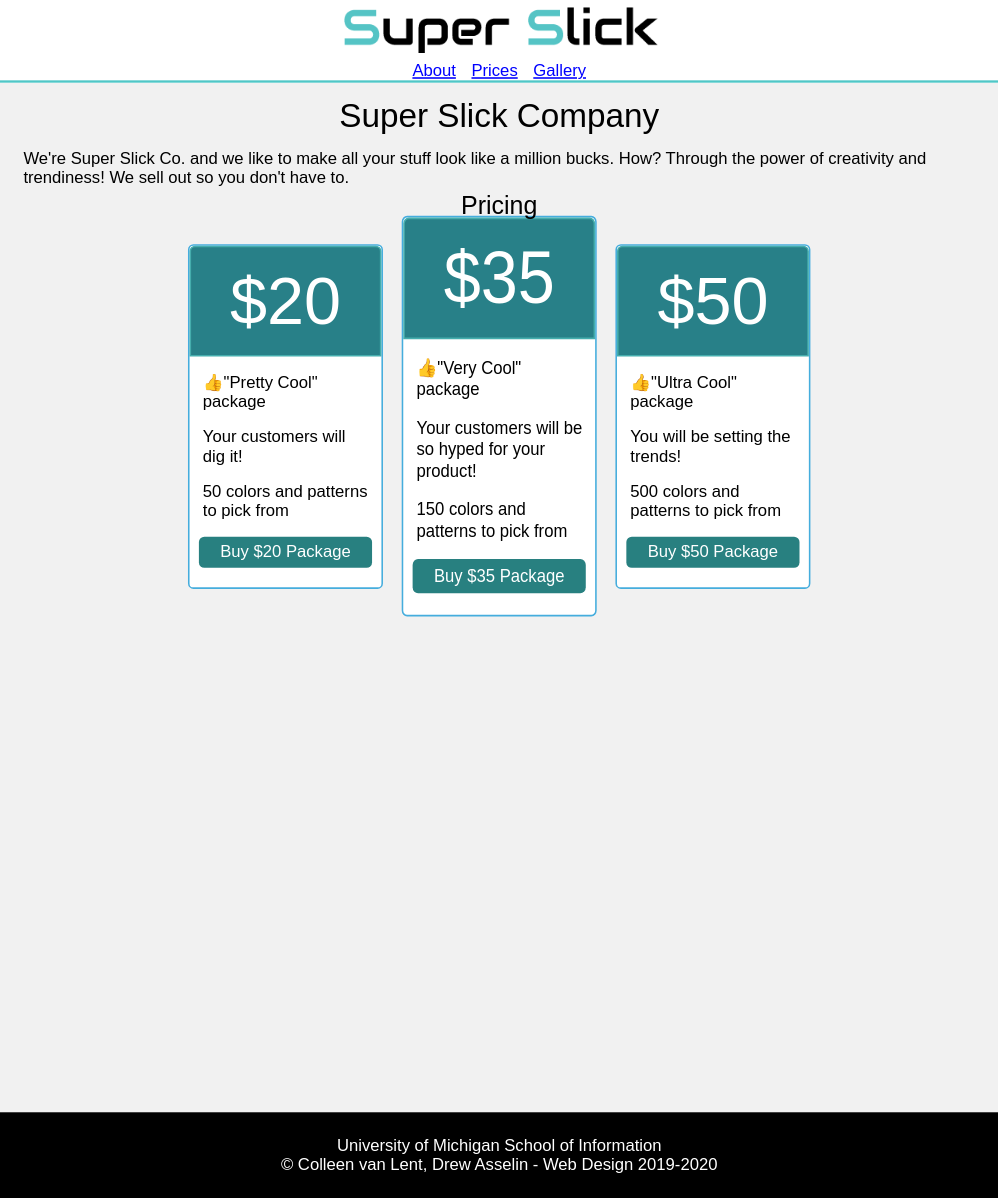
Repository: jiaqili0803/SI_539
Page: hw6-2021-main/homework.html
These files come from the project's save history. The page is drawn as it stood at one moment and after the next save; the edit follows.
The browser window is 1280 px wide. The pictures show the whole page, at 78% of full size.
Some web fonts or font styles are not loaded; a fallback is used.

Above is the page before, as saved 2021-10-29 13:45:38.

### hw6-2021-main/homework.html
<!DOCTYPE html>
<html lang="en">
  <head>
    <meta charset="utf-8">
    <meta name="viewport" content="width=device-width, initial-scale=1.0">
    <link rel="stylesheet" type="text/css" href="css/html5reset.css">
    <link rel="stylesheet" type="text/css" href="css/starter.css">
    <link rel="stylesheet" type="text/css" href="css/style.css">
    <link href='https://fonts.googleapis.com/css?family=Alegreya Sans SC' rel='stylesheet'>
    <link rel="shortcut icon" href="images/logo_icon.png" type="image/png">

   <title>Super Slick Company</title>
  </head>
  <body>
    <a class = "skip" href='#about'>Skip to Main Content</a>
    <header>
      <img src="images/logo.png" alt="" id = "logo">
      <nav>
        <ul class="nav_links">
          <li class="nav_item"><a href="#about">About</a></li>
          <li class="nav_item"><a href="#pricing">Prices</a></li>
          <li class="nav_item"><a href="#gallery">Gallery</a></li>
        </ul>
      </nav>
    </header>
  <main class="about" id="skip">
    <h1>Super Slick Company</h1>

    <p>We're Super Slick Co. and we like to make all your stuff look like a million bucks. How? Through the power of creativity and trendiness! We sell out so you don't have to.</p>

    <h2 id = "pricing">Pricing</h2>
      <div class="pricing">
        <div class="card">
          <header><h3>$20</h3></header>
          <ul>
            <li>"Pretty Cool" package</li>
            <li>Your customers will dig it!</li>
            <li>50 colors and patterns to pick from</li>
          </ul>
          <button>Buy $20 Package</button>
        </div>
        <div class="card card_big">
          <header><h3>$35</h3></header>
          <ul>
            <li>"Very Cool" package</li>
            <li>Your customers will be so hyped for your product!</li>
            <li>150 colors and patterns to pick from</li>
          </ul>
          <button>Buy $35 Package</button>
        </div>
        <div class="card">
          <header><h3>$50</h3></header>
          <ul>
            <li>"Ultra Cool" package</li>
            <li>You will be setting the trends!</li>
            <li>500 colors and patterns to pick from</li>
          </ul>
          <button>Buy $50 Package</button>
        </div>
      </div>

      <h2 id = "gallery">Gallery</h2>
        <div class="gallery">
          <img id="image1" src="images/sample.jpg" alt="" />
          <img id="image2" src="images/sample.jpg" alt="" />
          <img id="image3" src="images/sample.jpg" alt="" />
          <img id="image4" src="images/sample.jpg" alt="" />
          <img id="image5" src="images/sample.jpg" alt="" />
        </div>
    </main>

    <footer>
      <p>University of Michigan School of Information <br/>
        &copy; Colleen van Lent, Drew Asselin - Web Design 2019-2020</p>
    </footer>
  </body>
</html>

### hw6-2021-main/css/html5reset.css
/*
    HTML5 Reset :: style.css
    ----------------------------------------------------------
    We have learned much from/been inspired by/taken code where offered from:
    Eric Meyer                  :: http://meyerweb.com
    HTML5 Doctor                :: http://html5doctor.com
    and the HTML5 Boilerplate   :: http://html5boilerplate.com
-------------------------------------------------------------------------------*/

/* Let's default this puppy out
-------------------------------------------------------------------------------*/

html, body, body div, span, object, iframe, h1, h2, h3, h4, h5, h6, p, blockquote, pre, abbr, address, cite, code, del, dfn, em, img, ins, kbd, q, samp, small, strong, sub, sup, var, b, i, dl, dt, dd, ol, ul, li, fieldset, form, label, legend, table, caption, tbody, tfoot, thead, tr, th, td, article, aside, figure, footer, header, menu, nav, section, time, mark, audio, video, details, summary {
    margin: 0;
    padding: 0;
    border: 0;
    font-size: 100%;
    font-weight: normal;
    vertical-align: baseline;
    background: transparent;
}

main, article, aside, figure, footer, header, nav, section, details, summary {display: block;}

/* Handle box-sizing while better addressing child elements:
   http://css-tricks.com/inheriting-box-sizing-probably-slightly-better-best-practice/ */
html {
    box-sizing: border-box;
}

*,
*:before,
*:after {
    box-sizing: inherit;
}

/* consider resetting the default cursor: https://gist.github.com/murtaugh/5247154 */

/* Responsive images and other embedded objects */
/* if you don't have full control over `img` tags (if you have to overcome attributes), consider adding height: auto */
img,
object,
embed {max-width: 100%;}

/*
   Note: keeping IMG here will cause problems if you're using foreground images as sprites.
    In fact, it *will* cause problems with Google Maps' controls at small size.
    If this is the case for you, try uncommenting the following:
#map img {
        max-width: none;
}
*/

/* force a vertical scrollbar to prevent a jumpy page */
html {overflow-y: scroll;}

/* we use a lot of ULs that aren't bulleted.
    you'll have to restore the bullets within content,
    which is fine because they're probably customized anyway */
ul {list-style: none;}

blockquote, q {quotes: none;}

blockquote:before,
blockquote:after,
q:before,
q:after {content: ''; content: none;}

a {margin: 0; padding: 0; font-size: 100%; vertical-align: baseline; background: transparent;}

del {text-decoration: line-through;}

abbr[title], dfn[title] {border-bottom: 1px dotted #000; cursor: help;}

/* tables still need cellspacing="0" in the markup */
table {border-collapse: separate; border-spacing: 0;}
th {font-weight: bold; vertical-align: bottom;}
td {font-weight: normal; vertical-align: top;}

hr {display: block; height: 1px; border: 0; border-top: 1px solid #ccc; margin: 1em 0; padding: 0;}

input, select {vertical-align: middle;}

pre {
    white-space: pre; /* CSS2 */
    white-space: pre-wrap; /* CSS 2.1 */
    white-space: pre-line; /* CSS 3 (and 2.1 as well, actually) */
    word-wrap: break-word; /* IE */
}

input[type="radio"] {vertical-align: text-bottom;}
input[type="checkbox"] {vertical-align: bottom;}
.ie7 input[type="checkbox"] {vertical-align: baseline;}
.ie6 input {vertical-align: text-bottom;}

select, input, textarea {font: 99% sans-serif;}

table {font-size: inherit; font: 100%;}

small {font-size: 85%;}

strong {font-weight: bold;}

td, td img {vertical-align: top;}

/* Make sure sup and sub don't mess with your line-heights http://gist.github.com/413930 */
sub, sup {font-size: 75%; line-height: 0; position: relative;}
sup {top: -0.5em;}
sub {bottom: -0.25em;}

/* standardize any monospaced elements */
pre, code, kbd, samp {font-family: monospace, sans-serif;}

/* hand cursor on clickable elements */
.clickable,
label,
input[type=button],
input[type=submit],
input[type=file],
button {cursor: pointer;}

/* Webkit browsers add a 2px margin outside the chrome of form elements */
button, input, select, textarea {margin: 0;}

/* make buttons play nice in IE */
button,
input[type=button] {width: auto; overflow: visible;}

/* scale images in IE7 more attractively */
.ie7 img {-ms-interpolation-mode: bicubic;}

/* prevent BG image flicker upon hover
   (commented out as usage is rare, and the filter syntax messes with some pre-processors)
.ie6 html {filter: expression(document.execCommand("BackgroundImageCache", false, true));}
*/

/* let's clear some floats */
.clearfix:after { content: " "; display: block; clear: both; }

### hw6-2021-main/css/starter.css
body{
    margin: 0;
    padding: 0;
    font-size: 16pt; /* test for this! Make all sizes em or rem */
  }

  header{
    background: #fff;
    border-bottom: 3px solid #50C7C7;
  }

  h1{
    font-size: 2em;
    text-align: center;
    line-height: 2;
  }

  h2{
    font-size: 1.5em;
    text-align: center;
    padding: 5px;
  }

  p {
    padding: 0 30px;
  }

  a.skip{
    background: white;
    left: 0;
    padding: 6px;
    position: absolute;
    top: -40px;
    -webkit-transition: top 1s ease-out;
    transition: top 1s ease-out;
    z-index: 1;
  }

  a.skip:focus{
    top:20px;
    color: black;
    text-decoration-style: solid;
  }

  *:focus{
    border: 2px solid black;
  }


  .nav_item a{
    padding: 10px;
  }

  .nav_item a:hover, a:focus{
    color: #50C7C7;
    text-decoration: underline;
    -webkit-text-decoration-style: dotted;
            text-decoration-style: dotted;
  }

  .pricing{
    min-height: 475px;
  }

  .card {
    margin: 12px;
    background: #fff;
    border-radius: 7px;
    padding: 0 0 25px 0;

  }

  .card > ul{
    list-style: none;
    padding-left: 5px;
  }

  .card > ul li {
    width: 90%;
    margin: 20px auto;

  }

.card button{
    width: 90%;
    height: 40px;
    border: 0;
    margin-left: 5%;
    border-radius: 7px;
    background: #288080;
    color: white;
    font-size: 1em;
  }

  .card h3{
    font-size: 4em;
    color: white;
    text-align: center;
  }

  .card_big{
    -webkit-transform: initial;
            transform: initial;
  }

  .gallery{
    min-height: 600px;
  }

  footer{
    background-color: black;
    color: white;
    padding: 30px;
    text-align: center;
  }

  @media screen and (min-width: 850px){
    .card_big{
        -webkit-transform: scaleY(1.1);
        transform: scaleY(1.1);
        z-index: -99;
  }
}

### hw6-2021-main/css/style.css
body{
    font-family: 'Alegreya Sans SC', Sans-Serif;
    background-image: url("../images/concrete_seamless.png");
    background-color: #f1f1f1;

  }

header{
    display: flex;
    flex-direction: column;
    justify-content: center;
    align-items: center;

}

a:link, a:visited {
    color: blue;
}


.nav_links{
    display: flex;
    flex-direction: column;

}

#pricing{
    display: flex;
    flex-direction: column;
    justify-content: center;
    align-items: center;



}

.pricing{
    display: flex;
    /* flex-direction: column; */
    justify-content: center;
    align-items: center;
    flex-wrap: wrap;




}

.card{
    flex-basis: 450px;
}



.card header{
    background-color: #288088;
    border: 2px solid #45ADAD;
    padding-top: 20px;
    padding-bottom: 20px;
    border-top-left-radius: 7px;
    border-top-right-radius: 7px;

}

.gallery img{
    border: 10px solid #50C7C7;
    margin: 10px;
    width: 300px;


}

.gallery{
    display: flex;
    /* flex-direction: column; */
    justify-content: center;
    align-items: center;
    align-content: center;
    flex-wrap: wrap;

}

#logo{
    animation-name: slidein;
    animation-duration: 5s;
    animation-iteration-count: 1;

}


@keyframes slidein {
from {

    width: 50px;
    opacity: 0;
}

to {

    width: 425px;
    opacity: 1;
}
}


@media screen and (min-width: 850px){
    body > header{
        display: flex;
        flex-direction: row;
        justify-content: space-between;


        /* justify-content: flex-start; */
        /* flex-wrap: wrap; */


        position: sticky;
        width: 100%;
        top:0;


    }


    .nav_links{
        flex-direction: row;

    }

    .card{
        flex-basis: 250px;

    }

}

@media screen and (prefers-reduced-motion: reduce){
    #logo {
      animation: none;
    }
}


@media screen and (min-width: 1001px){
    body{
        background-image: none;

    }

    body > header{
        display: flex;
        flex-direction: column;
        /* align-content: space-between; */
    }

    .nav_links{
        display: flex;
        flex-direction: row;
        justify-content: space-between;
        /* flex-wrap: wrap; */

        /* justify-content: left; */





    }

    .pricing{
        margin-bottom: 0;
        display: flex;
    }

    .card{
        border: 2px solid #45ADDD;
        flex-basis: 250px;
    }

    .gallery{
        visibility: hidden;
    }

    #gallery{
        visibility: hidden;
    }

    main li:first-child:before {
        content: "👍";
      }


    }



/* @media print{
    body{
        background-image: none;

    }

    .nav_links{
        display: flex;
        flex-direction: row;

        justify-content: space-around;


    }

} */

After the next save:
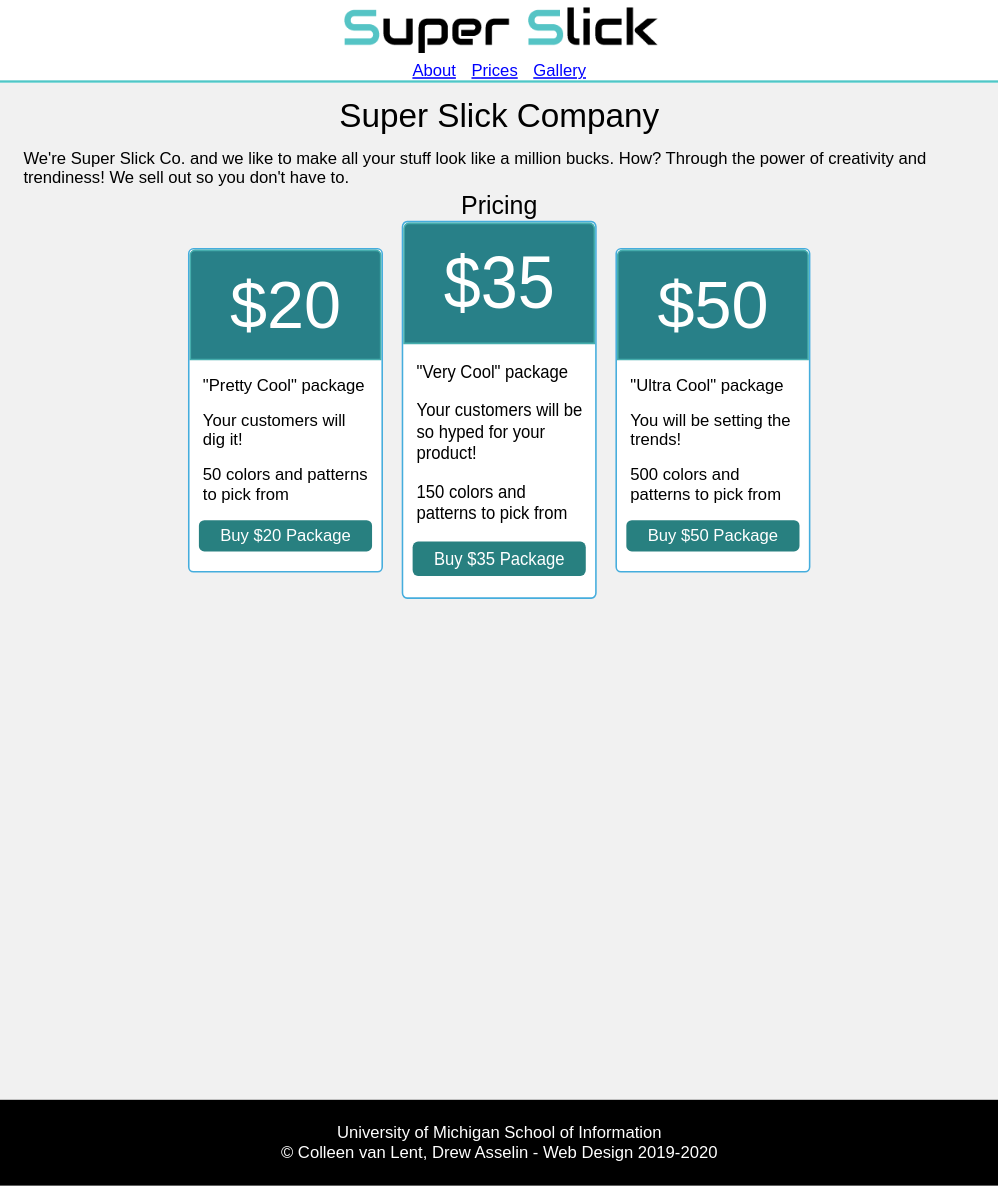
Saved 13 s later.
--- a/hw6-2021-main/css/style.css
+++ b/hw6-2021-main/css/style.css
@@ -185,7 +185,7 @@
         visibility: hidden;
     }
 
-    main li:first-child:before {
+    main li:nth-child(1,3):before {
         content: "👍";
       }
 

After the save that followed:
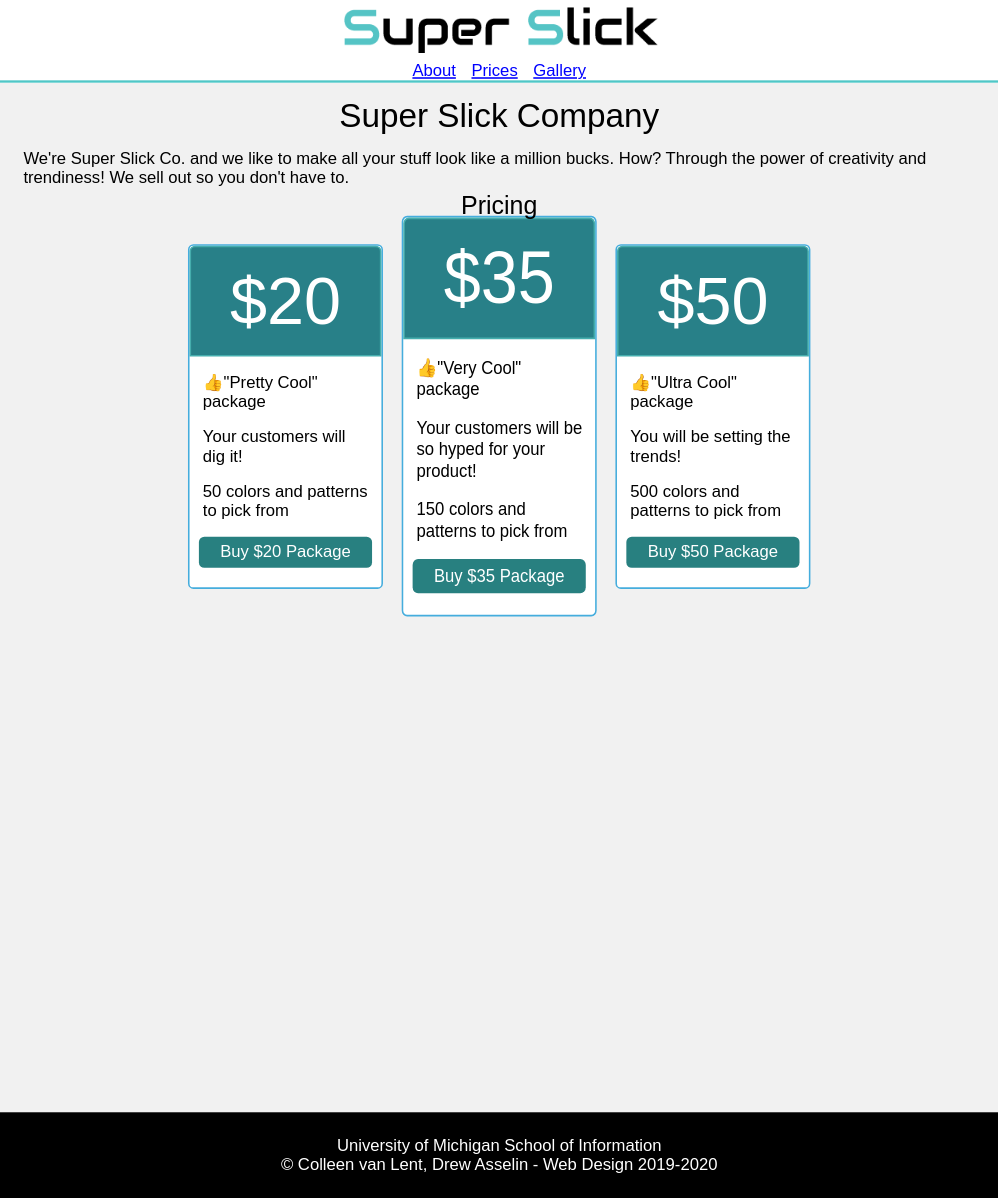
Saved 5 s later.
--- a/hw6-2021-main/css/style.css
+++ b/hw6-2021-main/css/style.css
@@ -185,7 +185,7 @@
         visibility: hidden;
     }
 
-    main li:nth-child(1,3):before {
+    main li:nth-child(1):before {
         content: "👍";
       }
 
